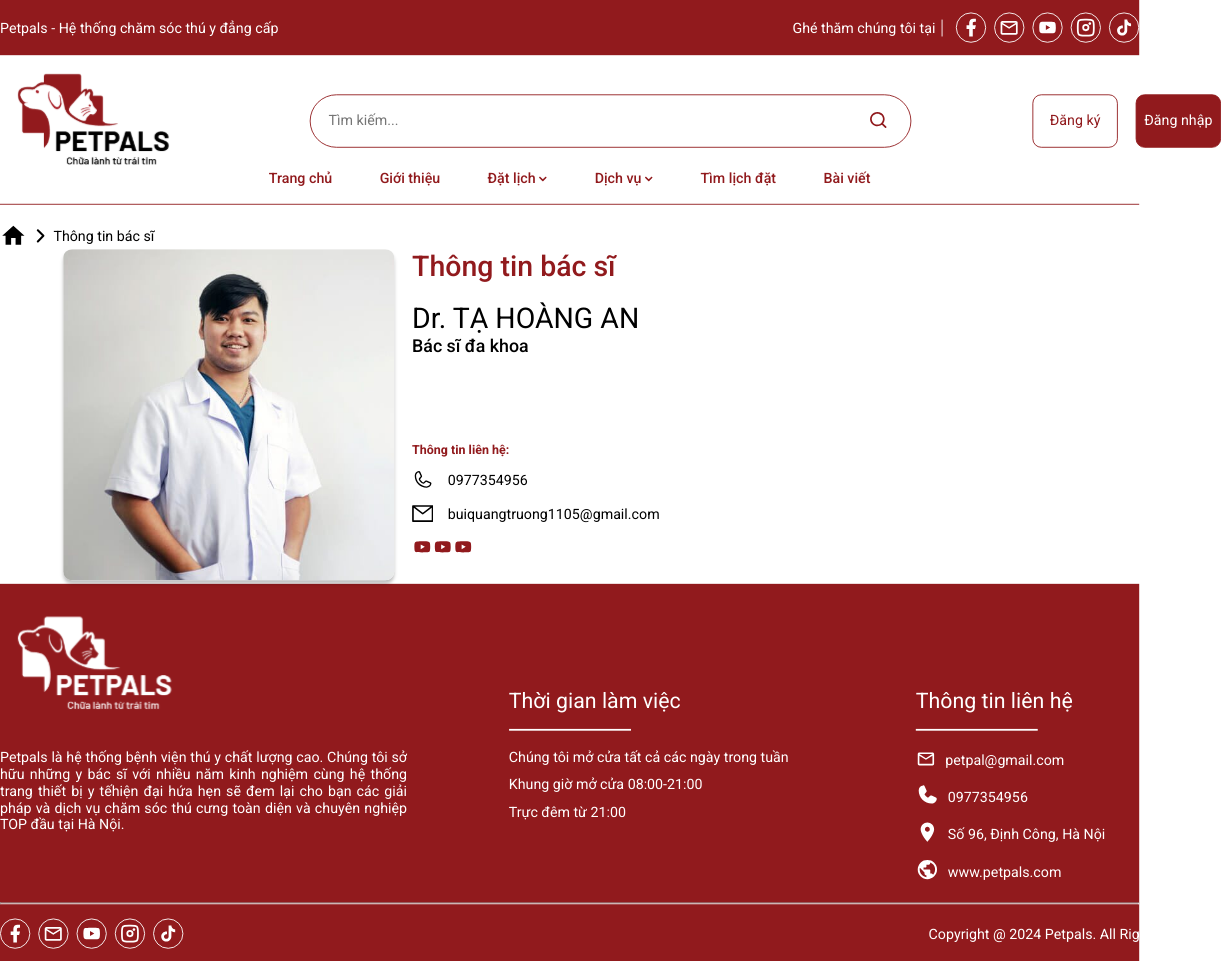
Repository: ahntrung1909/Petpals
Page: /chi-tiet-bac-si (app in petpals-user-main/)
An editor plug-in stored every save of this project. The page is shown before and after the next save, followed by the edit.
The browser window is 1280 px wide. The page is 1372 px wide, so the pictures cover 1372 px, including what lies to the right of the window. The pictures show the whole page, at 89% of full size.
The project was rebuilt for these pictures with package versions that can differ from the ones it lists, and the page was loaded fresh each time. The framework's server and built-in components were replaced by stand-ins that run in the browser. Also part of the build but not shown: petpals-user-main/next.config.js, petpals-user-main/next.config.mjs.

Above is the page before, as saved 2024-04-14 13:13:29.

### petpals-user-main/src/app/layout.js
import { Footer } from "@/components/Footer/Footer";
import "./global.scss";
import { Header } from "@/components/Header/Header";
import { ToastContainer } from "react-toastify";
import "react-toastify/dist/ReactToastify.css";
import { Button, ConfigProvider, Space } from "antd";

export const metadata = {
  title: "Petpals - Chữa lành từ trái tim",
  description: "Petpals",
};

export default function RootLayout({ children }) {
  return (
    <html lang="en">
      <body>
        <Header />
        <ToastContainer />
        <ConfigProvider
          theme={{
            token: {
              colorPrimary: "#911A1D",
              fontFamily: "Roboto",
            },
            components: {
              DatePicker: {
                inputFontSize: 16,
              },
              Menu: {
                itemBg: "transparent",
                subMenuItemBg: "transparent",
                activeBarBorderWidth: 0,
                itemSelectedBg: "rgba(145, 26, 29, 0.05)",
                itemBorderRadius: 0,
              },
            },
          }}
        >
          {children}
        </ConfigProvider>
        <Footer />
      </body>
    </html>
  );
}

### petpals-user-main/src/app/chi-tiet-bac-si/page.js
import React from "react";
import "./style.scss";

export default function page() {
  return (
    <main>
      <div className="breadcrumb">
        <img src="/icon/ic_baseline-home.svg" alt="" />
        <img src="/icon/iconamoon_arrow-right-2.svg" alt="" />
        <p>Thông tin bác sĩ</p>
      </div>
      <section className="doctor-information-section">
        <div className="information-wrapper">
          <div className="doctor-img">
            <img src="/img/doctor/hoang_an.jpg" alt="" />
          </div>
          <div className="col-right">
            <div className="information">
              <h3>Thông tin bác sĩ</h3>
              <p className="doctor-name">Dr. TẠ HOÀNG AN</p>
              <p className="doctor-position">Bác sĩ đa khoa</p>
            </div>
            <div className="contact-info">
              <h4>Thông tin liên hệ:</h4>
              <div className="contact-item">
                <img src="/icon/ph_phone.svg" alt="" />
                <p>0977354956</p>
              </div>
              <div className="contact-item">
                <img src="/icon/MailOutlined.svg" alt="" />
                <p>buiquangtruong1105@gmail.com</p>
              </div>
              <div className="social-media">
                <div className="social-media-icon">
                  <img src="/icon/mdi_youtube-brown.svg" alt="" />
                </div>
                <div className="social-media-icon">
                  <img src="/icon/mdi_youtube-brown.svg" alt="" />
                </div>
                <div className="social-media-icon">
                  <img src="/icon/mdi_youtube-brown.svg" alt="" />
                </div>
              </div>
            </div>
          </div>
        </div>
      </section>
    </main>
  );
}

### petpals-user-main/src/components/Footer/Footer.js
import { Socialicon } from "../Socialicon/Socialicon";
import "./style.scss";
export const Footer = () => {
  return (
    <footer>
      <div className="row row-1">
        <div className="logo">
          <img src="/img/logo_am_ban.svg" alt="" />
        </div>
        <div className="working-time">Thời gian làm việc</div>
        <div className=" contact-info">Thông tin liên hệ</div>
      </div>
      <div className="row">
        <div className="about">
          Petpals là hệ thống bệnh viện thú y chất lượng cao. Chúng tôi sở hữu
          những y bác sĩ với nhiều năm kinh nghiệm cùng hệ thống trang thiết bị
          y tếhiện đại hứa hẹn sẽ đem lại cho bạn các giải pháp và dịch vụ chăm
          sóc thú cưng toàn diện và chuyên nghiệp TOP đầu tại Hà Nội.
        </div>
        <ul className="working-time-more">
          <li>Chúng tôi mở cửa tất cả các ngày trong tuần</li>
          <li>Khung giờ mở cửa 08:00-21:00</li>
          <li>Trực đêm từ 21:00</li>
        </ul>
        <ul className="contact-info-more">
          <li className="contact-item">
            <span>
              <img src="/icon/material-symbols_mail-outline.svg" alt="" />
            </span>
            petpal@gmail.com
          </li>
          <li className="contact-item">
            <span>
              <img src="/icon/ph_phone-fill.svg" alt="" />
            </span>
            0977354956
          </li>
          <li className="contact-item">
            <span>
              <img src="/icon/mdi_location.svg" alt="" />
            </span>
            Số 96, Định Công, Hà Nội
          </li>
          <li className="contact-item">
            <span>
              <img src="/icon/mdi_earth.svg" alt="" />
            </span>
            www.petpals.com
          </li>
        </ul>
      </div>
      <hr />
      <div className="footer-bottom">
        <Socialicon />
        <div>Copyright @ 2024 Petpals. All Rights Reverved</div>
      </div>
    </footer>
  );
};

### petpals-user-main/src/app/global.scss
@import url("https://fonts.googleapis.com/css2?family=Roboto:ital,wght@0,100;0,300;0,400;0,500;0,700;0,900;1,100;1,300;1,400;1,500;1,700;1,900&display=swap");
@import "../style/variable";
* {
  padding: 0;
  margin: 0;
  box-sizing: border-box;
}
body {
  font-family: "Roboto", sans-serif;
  font-size: 16px;
}
a {
  text-decoration: none;
  color: black;
}
ul,
li {
  list-style: none;
}
input,
textarea {
  width: 100%;
  border: none;
  outline: none;
  font-family: "Roboto", sans-serif;
  font-size: 16px;
}
img {
  width: 100%;
}
button {
  font-family: "Roboto", sans-serif;
  font-size: 16px;
}
label {
  font-family: "Roboto", sans-serif;
  font-size: 16px;
}

// custom scroll bar
::-webkit-scrollbar-track {
  background-color: #f5f5f5;
}

::-webkit-scrollbar {
  width: 6px;
  height: 6px;
  background-color: #f5f5f5;
}

::-webkit-scrollbar-thumb {
  background-image: linear-gradient($BROWN_500, $RED_500);
  // border-radius: 10px;
}
::-webkit-scrollbar-thumb:horizontal {
  background-image: linear-gradient(to right, $BROWN_500, $RED_500);
  // border-radius: 10px;
}

### petpals-user-main/src/app/chi-tiet-bac-si/style.scss
@import "../../style/variable";
@import "../../style/base";

.doctor-information-section {
  width: 1138px;
  margin: 0 auto;
}
.information-wrapper {
  display: flex;
  gap: 20px;
  .doctor-img {
    img {
      width: 372px;
      height: 372px;
      border-radius: 10px;
      object-fit: cover;
      box-shadow: 0 4px 4px rgba(0, 0, 0, 0.25);
    }
  }
  .col-right {
    height: 372px;
    display: flex;
    flex-direction: column;
    justify-content: space-between;
    .information {
      h3 {
        color: $BROWN_500;
        font-size: 32px;
        font-weight: 500;
        margin-bottom: 20px;
      }
      .doctor-name {
        font-size: 32px;
        font-weight: 400;
      }
      .doctor-position {
        font-size: 20px;
        font-weight: 500;
      }
    }
    .contact-info {
      display: flex;
      flex-direction: column;
      gap: 14px;
      h4 {
        font-size: 14px;
        color: $BROWN_500;
      }
      .contact-item {
        img {
          width: 24px;
          height: 24px;
          margin-right: 6px;
        }
        p {
          font-size: 16px;
        }
      }
      .social-media {
        display: flex;
      }
    }
  }
}

### petpals-user-main/src/components/Socialicon/Socialicon.js
import "./style.scss";
export const Socialicon = () => {
  return (
    <div className="list-social-icon">
      <div className="icon-item">
        <img src="/icon/ri_facebook-fill.svg" alt="icon-facebook" />
      </div>
      <div className="icon-item">
        <img src="/icon/material-symbols_mail-outline.svg" alt="icon-mail" />
      </div>
      <div className="icon-item">
        <img src="/icon/mdi_youtube.svg" alt="icon-youtube" />
      </div>
      <div className="icon-item">
        <img src="/icon/lets-icons_insta.svg" alt="icon-insta" />
      </div>
      <div className="icon-item">
        <img src="/icon/ic_baseline-tiktok.svg" alt="icon-tiktok" />
      </div>
    </div>
  );
};

### petpals-user-main/src/components/Footer/style.scss
@import "../../style/variable";
footer {
  display: block;
  width: 100vw;
  height: 424px;
  background-color: $BROWN_500;
  padding: 20px 0;
}
.row {
  width: 1372px;
  margin: 0 auto;
  display: grid;
  grid-template-columns: repeat(12, 1fr);
  row-gap: 20px;
  color: white;
  margin-bottom: 20px;
}
.row-1 {
  align-items: flex-end;
}
.logo {
  width: 214px;
  grid-column: 1/5;
}
.working-time {
  grid-column: 6/10;
  position: relative;
  font-size: 24px;
  padding-bottom: 20px;
  &::after {
    content: "";
    width: 137px;
    height: 2px;
    background-color: white;
    position: absolute;
    left: 0;
    bottom: 0;
  }
}
.contact-info {
  position: relative;
  grid-column: 10/13;
  font-size: 24px;
  padding-bottom: 20px;
  &::after {
    content: "";
    width: 137px;
    height: 2px;
    background-color: white;
    position: absolute;
    left: 0;
    bottom: 0;
  }
}
.about {
  grid-column: 1/5;
  text-align: justify;
}
.working-time-more {
  grid-column: 6/10;
  display: flex;
  flex-direction: column;
  gap: 12px;
}
.contact-info-more {
  grid-column: 10/13;
  display: flex;
  flex-direction: column;
  gap: 12px;
}
.contact-item {
  display: flex;
  gap: 10px;
  align-items: center;
}
.footer-bottom {
  width: 1372px;
  margin: 0 auto;
  margin-top: 16px;
  color: white;
  display: flex;
  align-items: center;
  justify-content: space-between;
}

### petpals-user-main/src/style/_variable.scss
$BROWN_50: rgb(244, 232, 232);
$BROWN_100: rgb(221, 184, 185);
$BROWN_200: rgb(204, 150, 151);
$BROWN_300: rgb(181, 102, 104);
$BROWN_400: rgb(167, 72, 74);
$BROWN_500: rgb(145, 26, 29);
$BROWN_600: rgb(132, 24, 26);
$BROWN_700: rgb(103, 18, 21);
$BROWN_800: rgb(80, 14, 16);
$BROWN_900: rgb(61, 11, 12);
$RED_50: rgb(255, 247, 247);
$RED_100: rgb(255, 230, 231);
$RED_200: rgb(255, 217, 219);
$RED_300: rgb(255, 200, 202);
$RED_400: rgb(255, 189, 192);
$RED_500: rgb(255, 173, 176);
$RED_600: rgb(232, 157, 160);
$RED_700: rgb(181, 123, 125);
$RED_800: rgb(140, 95, 97);
$RED_900: rgb(107, 73, 74);
$BROWN_DARK_50: rgb(236, 233, 233);
$BROWN_DARK_100: rgb(195, 186, 186);
$BROWN_DARK_200: rgb(165, 152, 152);
$BROWN_DARK_300: rgb(124, 105, 106);
$BROWN_DARK_400: rgb(99, 76, 77);
$BROWN_DARK_500: rgb(60, 31, 32);
$BROWN_DARK_600: rgb(55, 28, 29);
$BROWN_DARK_700: rgb(43, 22, 23);
$BROWN_DARK_800: rgb(33, 17, 18);
$BROWN_DARK_900: rgba(25, 13, 13, 0.2);

### petpals-user-main/src/components/Header/style.scss
@import "../../style/_variable";

header {
  height: 230px;
  border-bottom: 1px solid $BROWN_500;
}
div:has(.wrap):nth-child(1) {
  background-color: $BROWN_500;
  height: 62px;
  display: flex;
  align-items: center;
}
.wrap {
  width: 1372px;
  margin: 0 auto;
}
.top-header {
  display: flex;
  justify-content: space-between;
  align-items: center;
  color: white;
}
.social-connect {
  display: flex;
  align-items: center;
  gap: 15px;
}
.social-connect > p {
  padding: 0px 7px;
  border-right: 1px solid white;
}
div:has(.wrap):nth-child(2) {
  padding-top: 18px;
}
.main-header {
  display: flex;
  align-items: center;
  justify-content: space-between;
}
.petpals-logo {
  display: block;
  width: 211px;
  height: 111px;
}
.header-main-right {
  display: flex;
  width: 1024px;
  justify-content: space-between;
  align-items: center;
}
.search-input {
  display: flex;
  position: relative;

  input {
    width: 676px;
    height: 60px;
    padding: 0px 60px 0px 20px;
    border: 1px solid $BROWN_500;
    border-radius: 99px;
    display: flex;
    justify-content: center;
    align-items: center;
  }
  .icon-item {
    right: 20px;
    top: 50%;
    transform: translateY(-50%);
    position: absolute;
    cursor: pointer;
  }
}
.btn-group {
  display: flex;
  gap: 20px;
  text-align: center;
  .btn {
    display: flex;
    justify-content: center;
    align-items: center;
    width: 96px;
    height: 60px;
    border: 1px solid $BROWN_500;
    border-radius: 10px;
    color: $BROWN_500;
  }
  .btn:nth-child(1):hover {
    background-color: $BROWN_500;
    color: white;
  }
  .btn:nth-child(2) {
    color: white;
    background-color: $BROWN_500;
    &:hover {
      background-color: $BROWN_300;
    }
  }
}
.nav {
  display: flex;
  align-items: center;
  justify-content: space-between;
  width: 676px;
  margin: 0 auto;
  color: $BROWN_500;
  font-weight: 500;
  z-index: 99;

  &-item {
    display: flex;
    position: relative;
    align-items: center;
    cursor: pointer;
    padding-bottom: 8px;
    &.active > span,
    &.active > a {
      font-weight: 900;
    }
    &:hover .sub-nav:not(.nav-2) {
      display: flex;
    }
    span {
      display: flex;
      justify-content: center;
      align-items: center;
      color: $BROWN_500;
    }
    a {
      display: flex;
      justify-content: center;
      align-items: center;
      color: $BROWN_500;
      width: 100%;
      height: 100%;
    }
    &:hover > a {
      color: $RED_500;
    }
    &:hover > span {
      color: $RED_500;
    }
  }
}
.sub-nav {
  position: absolute;
  z-index: 99;
  top: 100%;
  left: 0;
  border-radius: 10px;
  box-shadow: 0 15px 15px 15px rgba(0, 0, 0, 0.05);
  box-shadow: 0 15px 15px rgba(0, 0, 0, 0.1);
  border: 0.5px solid rgba(0, 0, 0, 0.15);
  background-color: white;
  padding: 8px;
  display: none;
  flex-direction: column;
  gap: 8px;
  &.nav-2 {
    position: absolute;
    top: 0;
    left: 100%;
    transform: translate(8px, -8px);
    display: none;
  }
  &-item {
    position: relative;
    display: flex;
    align-items: center;
    justify-content: space-between;
    &::after {
      content: "";
      width: 8px;
      height: 100%;
      position: absolute;
      top: 0;
      right: -8px;
    }
    &:hover {
      background-color: rgba(0, 0, 0, 0.05);
    }
    &:hover .sub-nav.nav-2 {
      display: flex;
    }
    a {
      width: 100%;
      height: 100%;
      display: flex;
      justify-content: left;
      padding: 12px 16px;
    }
    span {
      padding: 12px 16px;
    }
    &-active > span,
    &-active > a {
      font-weight: 600;
    }
  }
}
.user-login-controller {
  display: flex;
  align-items: center;
  gap: 8px;
  cursor: pointer;
  position: relative;

  &:hover .sub-nav {
    display: flex;
    left: inherit;
    right: 0;
  }
  .user-img {
    width: 56px;
    height: 56px;
    img {
      border-radius: 50%;
    }
  }
}
.icon-bell {
  width: 30px;
  height: 30px;
  position: relative;
  .number-bell {
    position: absolute;
    top: 0;
    right: 0;
    transform: translate(36%, -30%);
    width: 20px;
    height: 20px;
    font-size: 12px;
    font-weight: 500;
    color: white;
    display: flex;
    justify-content: center;
    align-items: center;
    background-color: $RED_500;
    border-radius: 50%;
  }
  .menu-bell {
    display: none;
    position: absolute;
    right: 0;
    bottom: -20px;
    transform: translateY(100%);
    background-color: white;
    width: 554px;
    height: 468px;
    padding: 20px;
    border-radius: 10px;
    z-index: 99;
    box-shadow: 0 0 8px 4px rgba(0, 0, 0, 0.2);
    &.menu-bell-active {
      display: block;
    }
    ::after {
      content: "";
      width: 20px;
      height: 20px;
      background-color: white;
      position: absolute;
      right: 14px;
      top: 0;
      transform: translate(0, -50%);
      rotate: 45deg;
    }
    h3 {
      text-transform: uppercase;
      color: $BROWN_500;
      font-size: 22px;
      margin-bottom: 10px;
    }
    .menu-item {
      display: flex;
      flex-direction: column;
      gap: 10px;
      padding: 8px 0;
      border-bottom: 1px solid rgba(0, 0, 0, 0.25);
      &:hover {
        background-color: $BROWN_50;
      }
      .content {
        font-size: 20px;
      }
      .time {
        font-size: 12px;
      }
      span {
        text-align: left;
        padding: 0 8px;
      }
    }
    .container {
      height: 400px;
      overflow: scroll;
    }
  }
  .overlay {
    display: none;
    position: fixed;
    width: 100vw;
    height: 100vh;
    inset: 0;
    z-index: 20;
    background-color: rgba(0, 0, 0, 0.25);
    cursor: pointer;
    &.overlay-active {
      display: block;
    }
  }
}

### petpals-user-main/src/style/_base.scss
.section-heading {
  width: fit-content;
  margin: 60px auto;
  color: $BROWN_500;
  position: relative;
  font-size: 24px;
  font-weight: 800;
  text-transform: uppercase;
  &::after {
    content: "";
    width: 80%;
    height: 3px;
    position: absolute;
    bottom: -16px;
    left: 50%;
    transform: translateX(-50%);
    background-color: $BROWN_500;
  }
}
.breadcrumb {
  width: 1372px;
  margin: 0 auto;
  display: flex;
  align-items: center;
  padding-top: 20px;
  img {
    width: 30px;
    height: 30px;
  }
}

### petpals-user-main/src/components/Socialicon/style.scss
.list-social-icon {
  display: flex;
  gap: 9px;
}
.icon-item {
  width: 34px;
  height: 34px;
  border: 1px solid white;
  padding: 4px;
  border-radius: 99px;
  display: flex;
  justify-content: center;
  align-items: center;
}

Loaded but not shown: petpals-user-main/src/components/Header/Header.js (334 lines, source omitted)

After the next save:
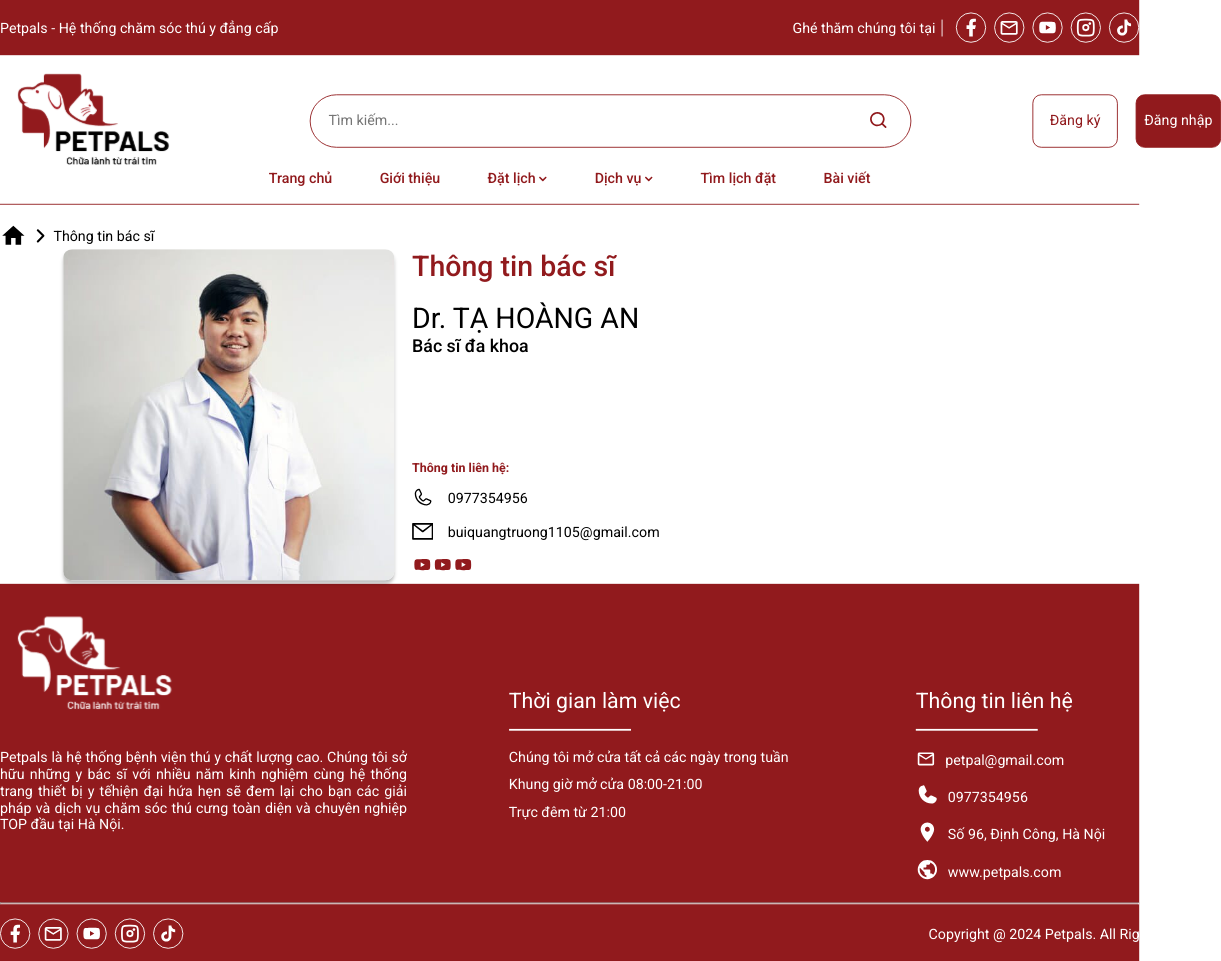
Saved 28 s later.
--- a/petpals-user-main/src/app/chi-tiet-bac-si/style.scss
+++ b/petpals-user-main/src/app/chi-tiet-bac-si/style.scss
@@ -42,6 +42,7 @@
       display: flex;
       flex-direction: column;
       gap: 14px;
+      padding-bottom: 0;
       h4 {
         font-size: 14px;
         color: $BROWN_500;
